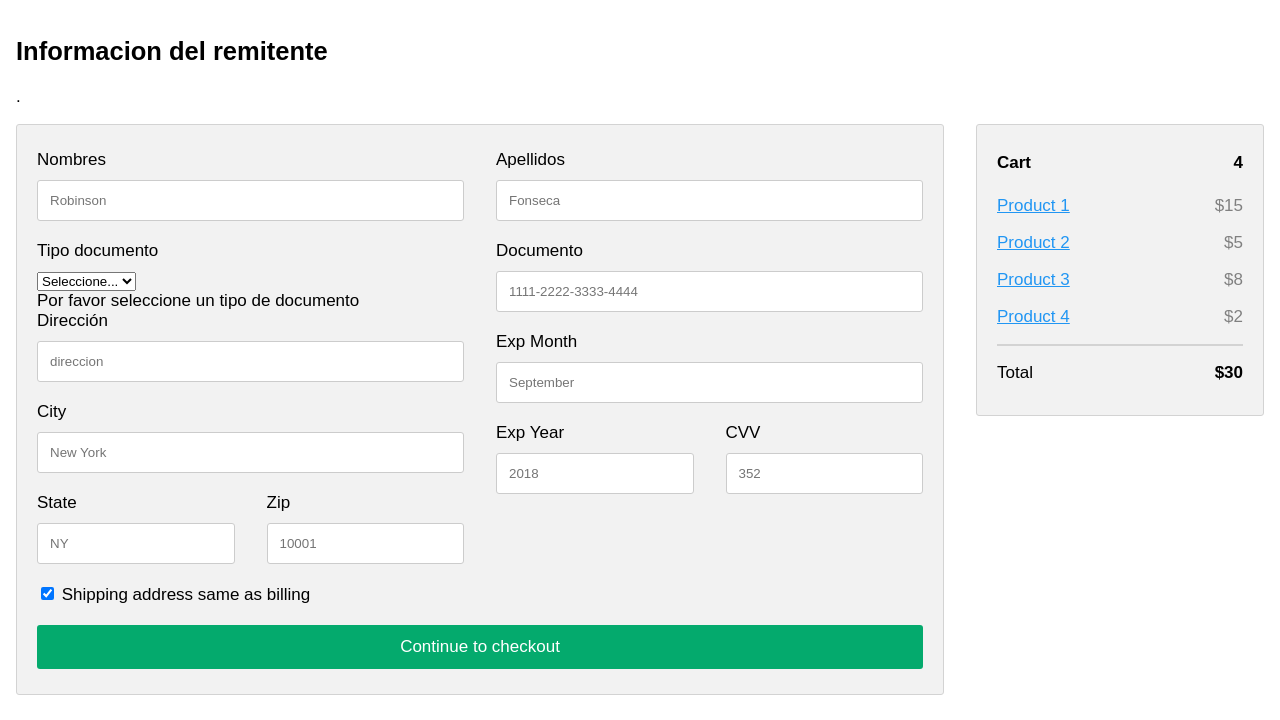
Repository: SennovaFluvial/Trasnfluvial
Page: appFluvial/templates/card1.html
The author's editor kept a copy of each file at every save. The page is drawn from the files as they stood at one save, then again after the next save.
The browser window is 1280 px wide. The pictures show the whole page.
The template is drawn by Django 3.2. The application's start-up code is not run. The template is opened directly, without the code that normally fills it, so the values that code supplies are empty.

Above is the page before, as saved 2023-10-13 17:14:57.

After the next save:
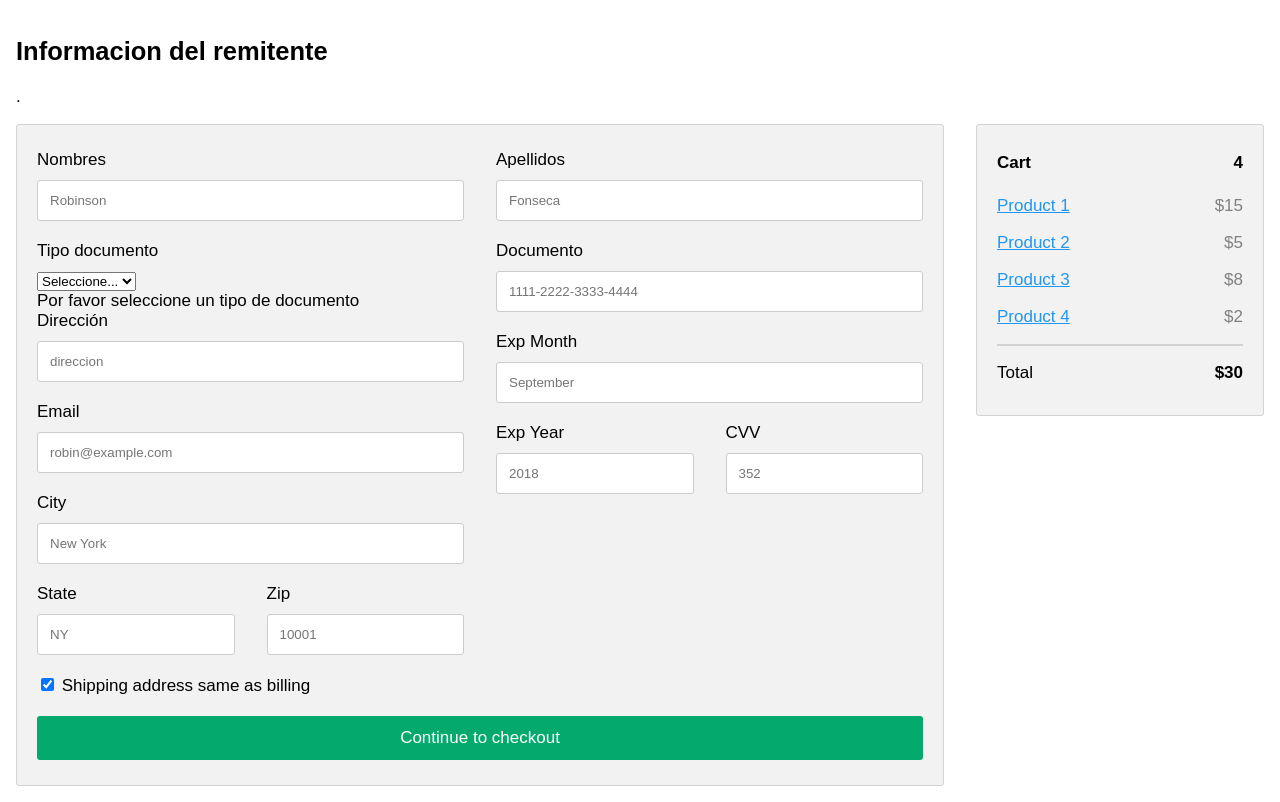
Saved 87 s later.
--- a/appFluvial/templates/card1.html
+++ b/appFluvial/templates/card1.html
@@ -135,10 +135,10 @@ span.price {
                   Por favor seleccione un tipo de documento
                 </div>
               </div>
-            <!--label for="email"><i class="fa fa-envelope"></i> Email</label>
-            <input type="text" id="email" name="email" placeholder="john@example.com"-->
             <label for="adr"><i class="fa fa-address-card-o"></i> Dirección</label>
             <input type="text" id="adr" name="address" placeholder="direccion">
+            <label for="email"><i class="fa fa-envelope"></i> Email</label>
+            <input type="text" id="email" name="email" placeholder="robin@example.com">
             <label for="city"><i class="fa fa-institution"></i> City</label>
             <input type="text" id="city" name="city" placeholder="New York">
 
